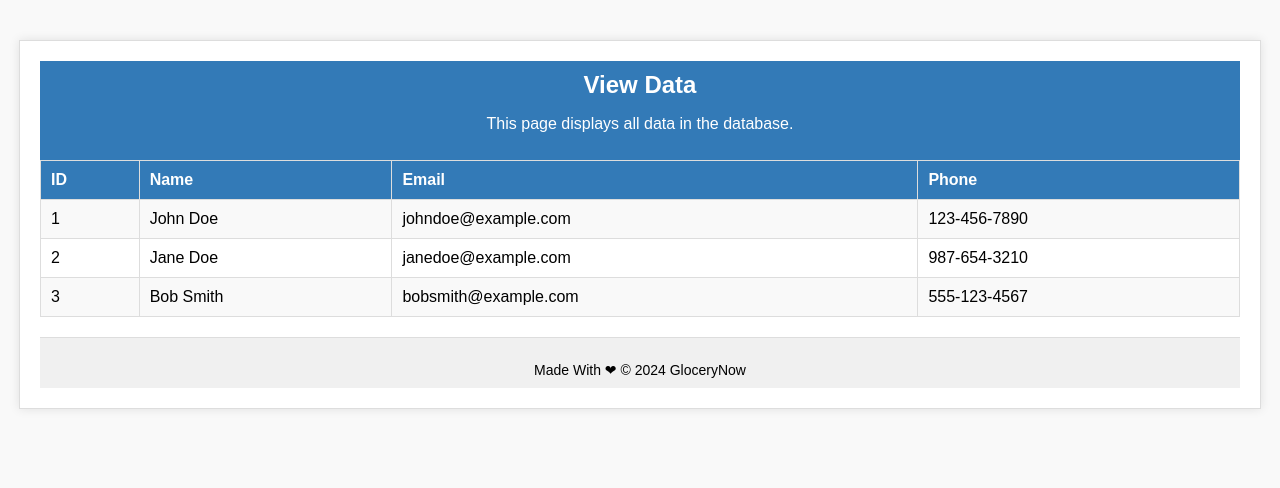
Repository: shamchiwade/GroceryNow
Page: http://localhost/ShopManagement/viewData.jsp
These files come from the project's save history. The page is drawn as it stood at one moment and after the next save; the edit follows.
The browser window is 1280 px wide. The pictures show the whole page.
The page is served by Tomcat 10. Nobody is signed in. The application's start-up code is not run. Other server files are loaded and not shown.

Above is the page before, as saved 2024-10-05 18:41:44.

### ShopManagement/src/main/webapp/viewData.jsp
<%@ page language="java" contentType="text/html; charset=UTF-8"
    pageEncoding="UTF-8"%>
<!DOCTYPE html>
<html>
<head>
    <title>View Data</title>
    <style>
        body {
            font-family: Arial, sans-serif;
            margin: 0;
            padding: 0;
            background-color: #f9f9f9;
        }

        .admin-container {
            max-width: 1200px;
            margin: 40px auto;
            padding: 20px;
            background-color: #fff;
            border: 1px solid #ddd;
            box-shadow: 0 0 10px rgba(0, 0, 0, 0.1);
        }

        .admin-header {
            background-color: #337ab7;
            color: #fff;
            padding: 10px;
            text-align: center;
            border-bottom: 1px solid #337ab7;
        }

        .admin-header h1 {
            margin-top: 0;
            font-size: 24px;
        }

        .data-table {
            width: 100%;
            border-collapse: collapse;
            margin-bottom: 20px;
        }

        .data-table th, .data-table td {
            border: 1px solid #ddd;
            padding: 10px;
            text-align: left;
        }

        .data-table th {
            background-color: #337ab7;
            color: #fff;
        }

        .data-table tr:nth-child(even) {
            background-color: #f9f9f9;
        }

        .data-table tr:hover {
            background-color: #f2f2f2;
        }

        .admin-footer {
            background-color: #f0f0f0;
            padding: 10px;
            text-align: center;
            clear: both;
            border-top: 1px solid #ddd;
        }

        .admin-footer p {
            margin-bottom: 0;
            font-size: 14px;
        }
    </style>
</head>
<body>
    <div class="admin-container">
        <div class="admin-header">
            <h1>View Data</h1>
            <p>This page displays all data in the database.</p>
        </div>
        <table class="data-table">
            <tr>
                <th>ID</th>
                <th>Name</th>
                <th>Email</th>
                <th>Phone</th>
            </tr>
            <tr>
                <td>1</td>
                <td>John Doe</td>
                <td>johndoe@example.com</td>
                <td>123-456-7890</td>
            </tr>
            <tr>
                <td>2</td>
                <td>Jane Doe</td>
                <td>janedoe@example.com</td>
                <td>987-654-3210</td>
            </tr>
            <tr>
                <td>3</td>
                <td>Bob Smith</td>
                <td>bobsmith@example.com</td>
                <td>555-123-4567</td>
            </tr>
        </table>
        <div class="admin-footer">
            <p>Made With ❤ &copy; 2024 GloceryNow</p>
        </div>
    </div>
</body>
</html>

After the next save:
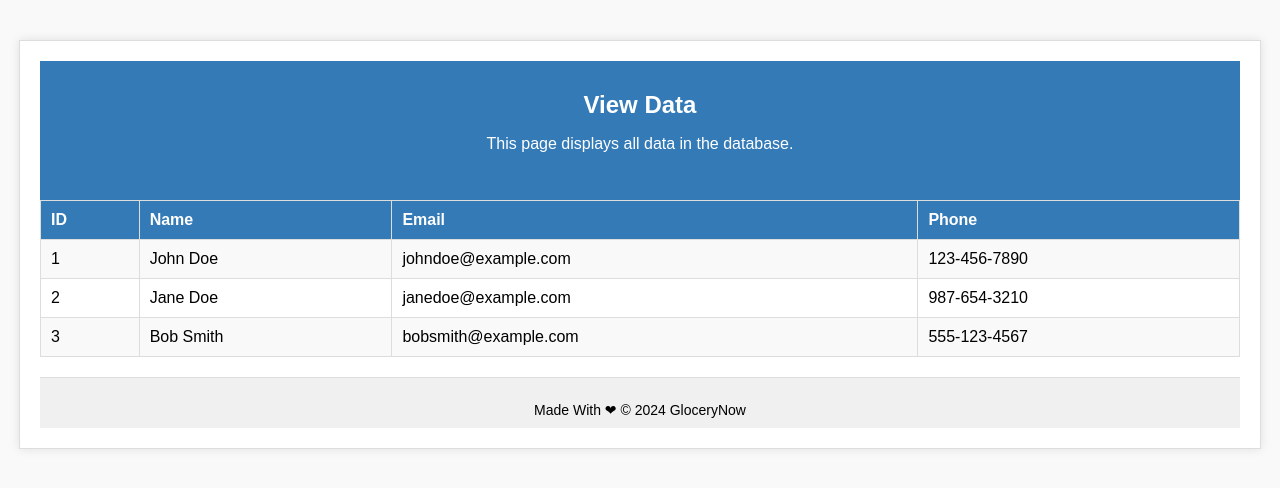
Saved 29 s later.
--- a/ShopManagement/src/main/webapp/viewData.jsp
+++ b/ShopManagement/src/main/webapp/viewData.jsp
@@ -24,7 +24,7 @@
         .admin-header {
             background-color: #337ab7;
             color: #fff;
-            padding: 10px;
+            padding: 30px 10px;
             text-align: center;
             border-bottom: 1px solid #337ab7;
         }
